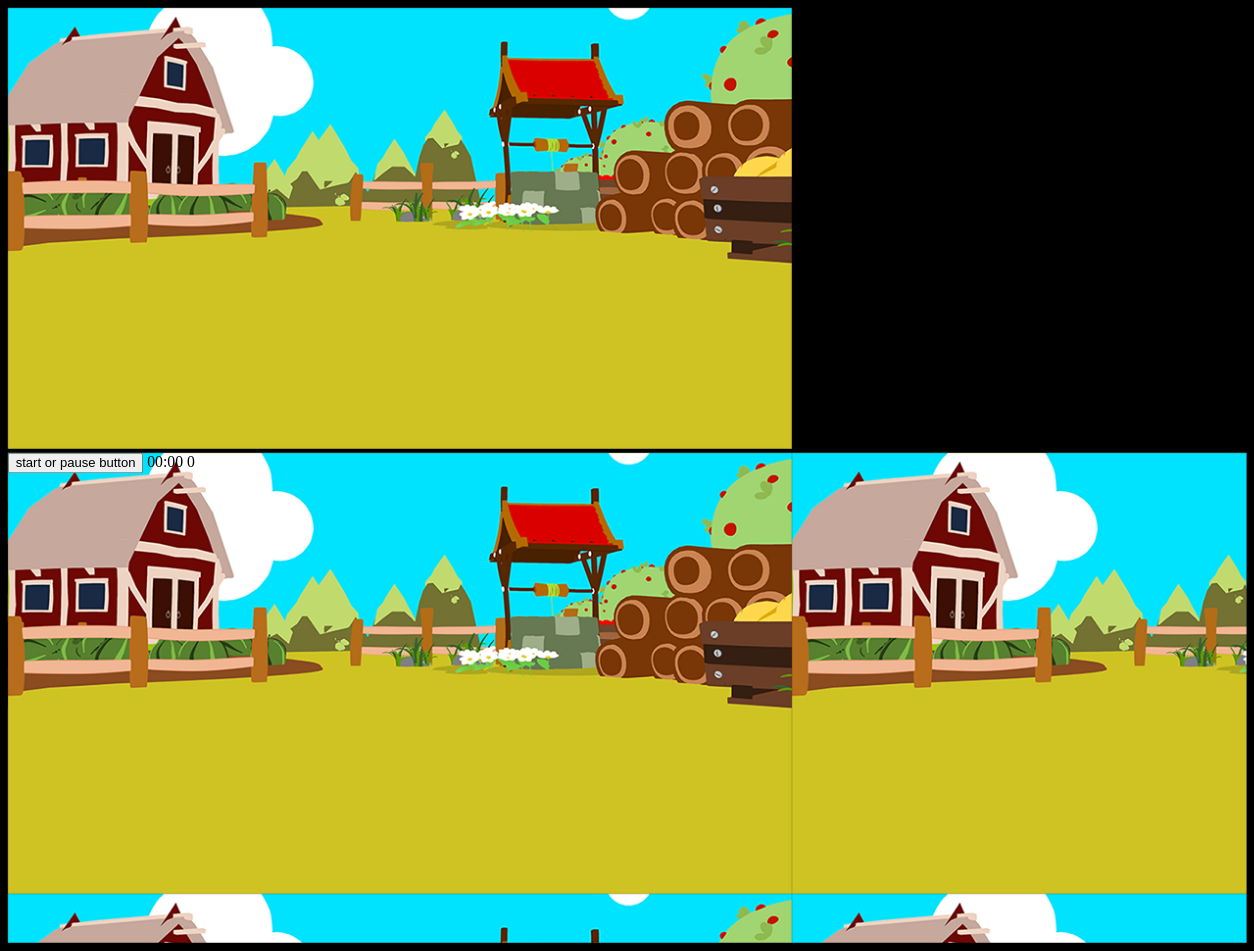
Repository: rladpwl0512/dreamcoding_browser101
Page: (7) catch-carrot-game/catch carrot/index.html
These files come from the project's save history. The page is drawn as it stood at one moment and after the next save; the edit follows.
The browser window is 1280 px wide. The pictures show the whole page, at 98% of full size.

Above is the page before, as saved 2021-10-06 19:06:29.

### (7) catch-carrot-game/catch carrot/index.html
<!DOCTYPE html>
<html lang="en">
<head>
  <meta charset="UTF-8">
  <meta http-equiv="X-UA-Compatible" content="IE=edge">
  <meta name="viewport" content="width=device-width, initial-scale=1.0">
  <link rel="stylesheet" href="./style.css">
  <scrip src="./main.js" defer></script>
  <title>🥕catch carrot</title>
</head>
<body>
  <img src="./img/background.png" alt="">
  <div class="background">
    <button class="btn">
      <span class="blind">start or pause button</span>
    </button>
    <span class="timer">00:00</span>
    <span class="count">0</span>
  </div>
</body>
</html>

### (7) catch-carrot-game/catch carrot/style.css
@charset "UTF-8";

body {
  background-color: black;
}

.background {
  background-image: url(./img/background.png);
  width: 100%;
  height: 500px;
}

After the next save:
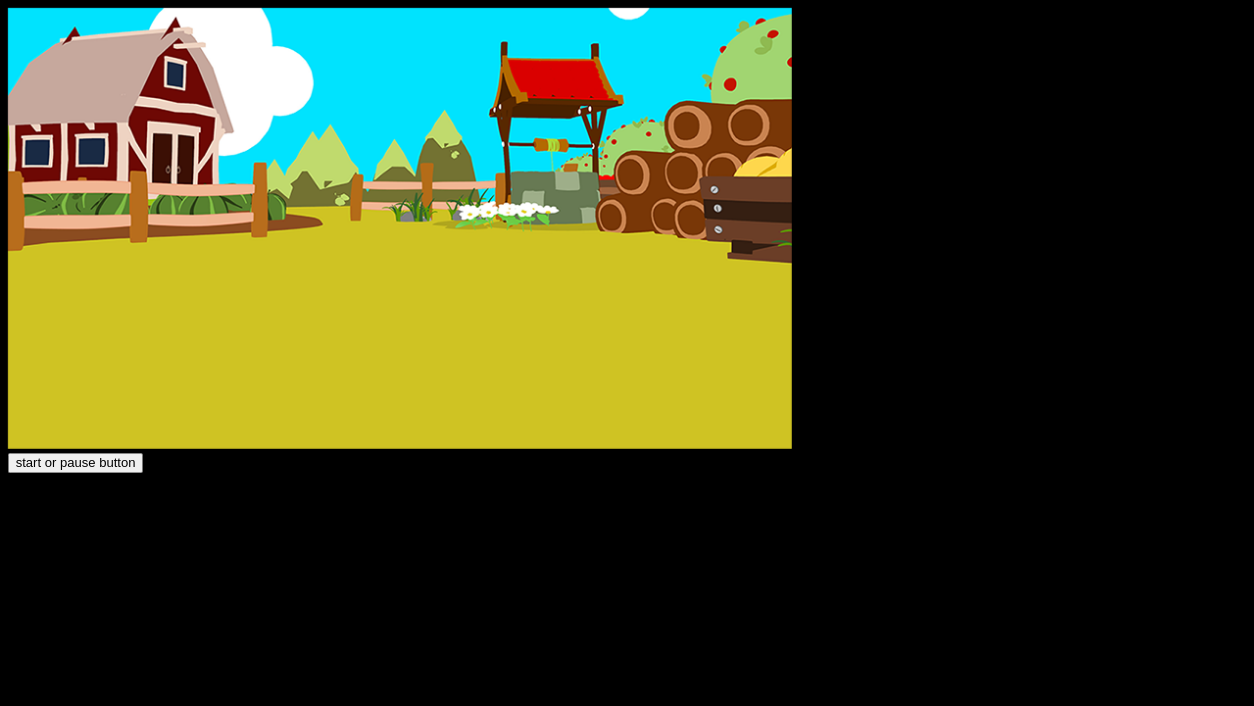
Saved 6 s later.
--- a/(7) catch-carrot-game/catch carrot/style.css
+++ b/(7) catch-carrot-game/catch carrot/style.css
@@ -3,9 +3,3 @@
 body {
   background-color: black;
 }
-
-.background {
-  background-image: url(./img/background.png);
-  width: 100%;
-  height: 500px;
-}

After the save that followed:
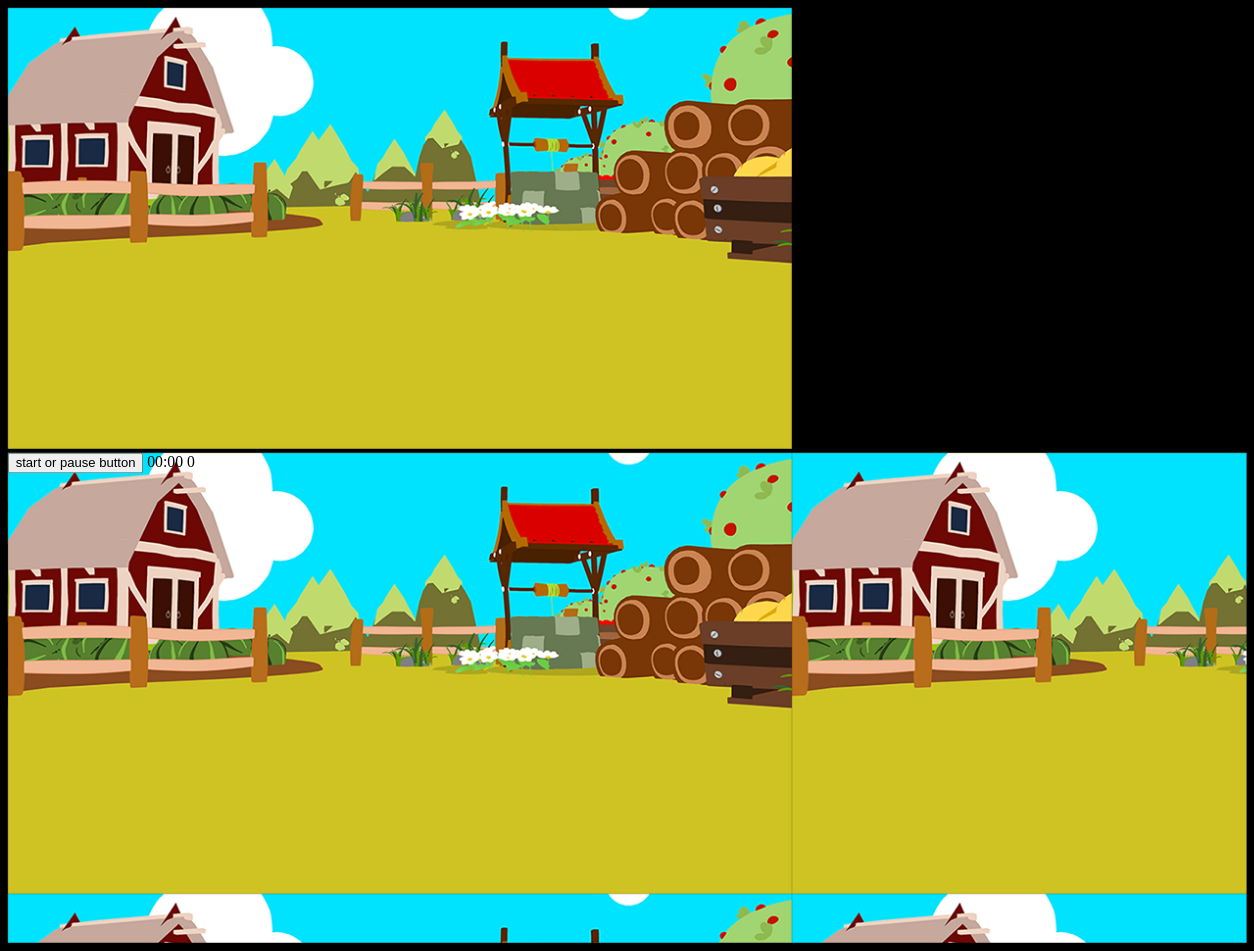
Saved 8 s later.
--- a/(7) catch-carrot-game/catch carrot/style.css
+++ b/(7) catch-carrot-game/catch carrot/style.css
@@ -3,3 +3,9 @@
 body {
   background-color: black;
 }
+
+.background {
+  background-image: url(./img/background.png);
+  width: 100%;
+  height: 500px;
+}
